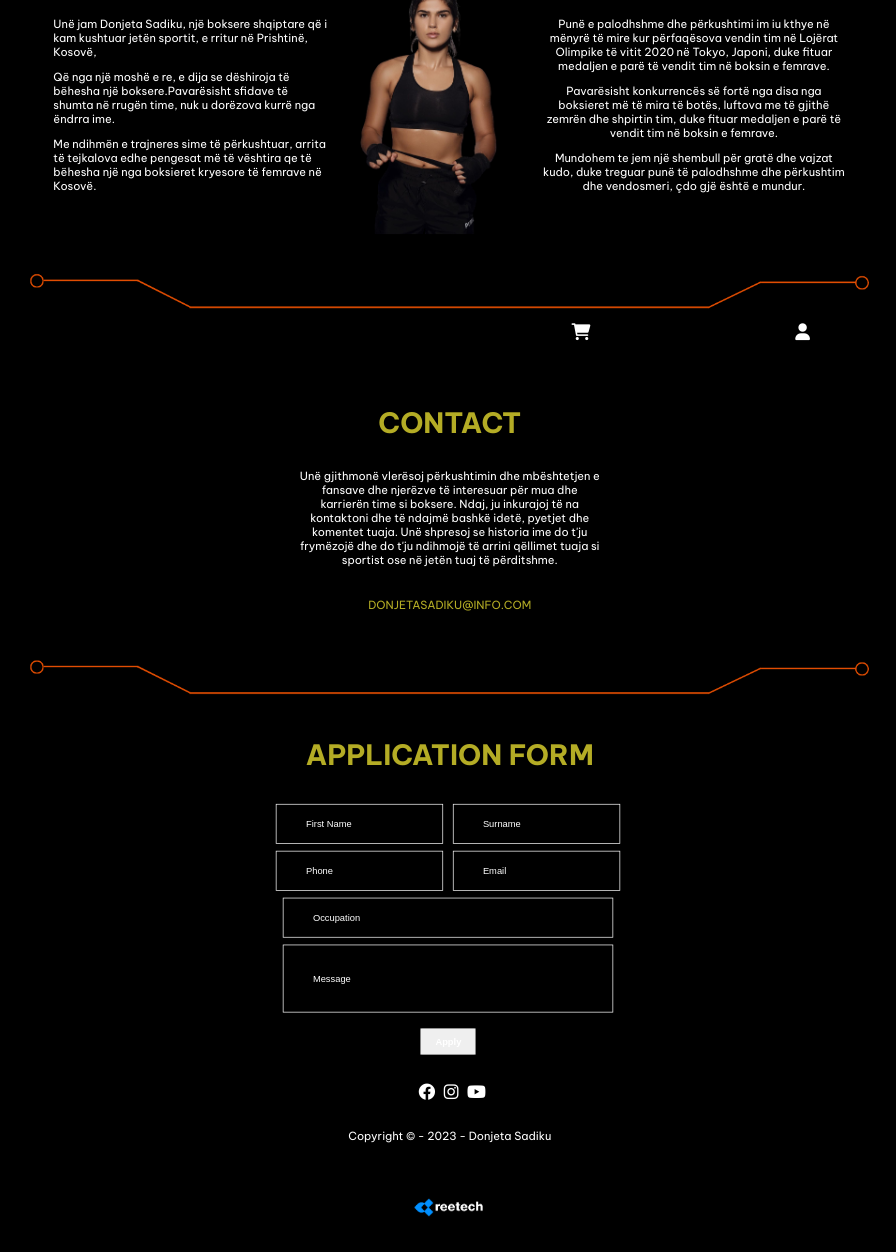
Repository: milot-morina/ds-boxing
Page: DS-Portfolio/index.html
These files come from the project's save history. The page is drawn as it stood at one moment and after the next save; the edit follows.
The browser window is 1280 px wide. The pictures show the part of the page from y = 2259 to 4179 px (the page is 4048 px tall before and 4179 px after), at 70% of full size.
A picture or video elsewhere on the page could not be fetched, so the positions and the page height are approximate.

Above is the page before, as saved 2023-03-21 09:53:03.

### DS-Portfolio/index.html
<!DOCTYPE html>
<html lang="en">
<head>
  <meta charset="UTF-8">
  <meta http-equiv="X-UA-Compatible" content="IE=edge">
  <meta name="viewport" content="width=device-width, initial-scale=1.0">
  <title>Donjeta Sadiku</title>
  <link rel="stylesheet" href="style.css">
  <link rel="stylesheet" href="https://cdnjs.cloudflare.com/ajax/libs/font-awesome/6.0.0-beta2/css/all.min.css" integrity="sha512-YWzhKL2whUzgiheMoBFwW8CKV4qpHQAEuvilg9FAn5VJUDwKZZxkJNuGM4XkWuk94WCrrwslk8yWNGmY1EduTA==" crossorigin="anonymous" referrerpolicy="no-referrer" />
  <link rel="icon" href="logofinal.png" type="image/icon type" style="width: 100%;">
  <link href="https://fonts.googleapis.com/css2?family=Be+Vietnam+Pro:wght@400;500;700&display=swap" rel="stylesheet">
</head>
<body>

  <section class="section1" id="home">
    <video muted autoplay loop style="pointer-events: none;">
      <source src="DS-Glitch.mp4" type="video/mp4">
    </video>
    <header class="hidden3">
      <div class="container">
        <nav class="navbar">
          <div class="brand-title">
            <img src="unitetiLogoFinal.png" alt="" width="130px">
          </div>
          <a href="#" class="toggle-button">
            <span class="bar"></span>
            <span class="bar"></span>
            <span class="bar"></span>
          </a>
          <div class="navbar-links">
            <ul>
              <li><a href="#home" class="home-btn">HOME</a></li>
              <li><a href="#club" class="header-club">CLUB</a></li>
              <li><a href="#contact" class="header-link a">CONTACT</a></li>
              <li><a href="#form" class="header-link a">FORM</a></li>
            </ul>
            <div class="socials">
            <i class="fa-brands fa-facebook"><a href="https://www.youtube.com/watch?v=dQw4w9WgXcQ"></a></i>
            <i class="fa-brands fa-instagram"></i>
            <i class="fa-brands fa-youtube"></i>
            <i class="fa-brands fa-app-store-ios"></i>
          </div>
          </div>

        </nav>
      </div>
    </header>
  </section>


  <img src="separator2.png" alt="" width="100%" style="margin-top: 40px;" class="first-seperator">


  <section class="section2 container row" id="club">

    <div class="images hidden2">
      <img src="handsUp.jpg" alt="">
    </div>
    <div class="text hidden">
      <p class="section-h hidden3">HISTORIA SHKRUHET!</p>
      <p class="section2-p hidden3">Nuk ka fjalë për t'u shprehur se sa krenare isha për të përfaqësuar vendin tim në skenën dhe për të marrë medalje ne kete nivel. Ishte një ndjenjë e mrekullueshme të përfaqësosh vendin tënd dhe të ndjehesh si një ambasador i saj në arenën nderkombetare.</p>
      <p class="section2-p hidden3">Në çdo moment të kësaj përvojeje, isha e mbuluar nga emocionet për rëndësinë që kjo ngjarje kishte për popullin tim dhe për boksierët shqiptarë. Nuk ishte thjesht një fitore personale, por ishte një fitore që përfaqësoi përparimin e boksi shqiptar dhe mundësinë e një të ardhme të ndritshme për sportin në vendin tonë.</p>
      <p class="section2-p hidden3">Kur mora medaljen olimpike, ndjeva një ndjenjë të thellë krenarie dhe një ndjesi të vërtetë prej triumfi. Ishte si të isha i gjithë vendlindja ime, duke festuar këtë arritje të madhe me mua. Nuk mund të mendoja për ndonjë gjë më të rëndësishme në atë moment, dhe do të mbaj gjithmonë këtë kujtim në zemrën time.</p>

    </div>

  </section>

  <img src="separator2.png" alt="" width="100%" style="margin-top: 30px;">


  <section class="section3 container">
    <p class="section-h">MEDALJET FLASIN VET!</p>
   <div class="row">
    <div class="text hidden2">
      <p>Viti me i suksesshem ne karrieren time . Solla dy medalje nje evropiane e një botërore. Dëshmova që une Donjeta Sadiku nuk dorërzohem asnjëher përkundrazi nuk kam dyshuar asnjëherë në veten time, mirpo tani po ndihem e kompletuar nën udhëheqjen e trajneres time Marjola Sallauka .</p>
      <p>Tash e tutje luftoj vetëm për medalje Olimpike. Unë besoj në vetën time dhe ju premtoj që me përkrahjen tuaj unë do ti realizoj këto synime . Faleminderit për përkrahje familjes time, Federatës së Boksit. Faleminderit trajnerës Marjola Sallauka për mjeshtërinë që tregon me punën e saj.</p>
    </div>
    <div class="images hidden">
      <img src="DplusMar.jpg" alt="" style="max-width: 640px;">
    </div>
   </div>

  </section>








  <img src="separator2.png" alt="" width="100%" style="margin-top: 30px;">




  <section class="section4 container" id="nft">
    <p class="section-h hidden3">HOLD THE VISION, TRUST THE PROCESS</p>
    <div class="row">
      <div class="text hidden2" style="text-align: left">
        <p>Unë jam Donjeta Sadiku, një boksere shqiptare që i kam kushtuar jetën sportit, e rritur në Prishtinë, Kosovë,
        </p>
        <p>Që nga një moshë e re, e dija se dëshiroja të bëhesha një boksere.Pavarësisht sfidave të shumta në rrugën time, nuk u dorëzova kurrë nga ëndrra ime.
        </p>
        <p>Me ndihmën e trajneres sime të përkushtuar, arrita të tejkalova edhe pengesat më të vështira qe të bëhesha një nga boksieret kryesore të femrave në Kosovë.</p>
      </div>
      <div class="hidden3">
        <div class="column">
          <img src="profilePic.png" alt="" style="width: 300px;">
          <!-- <img src="shadow.png" alt="" style="width: 300px;"> -->
        </div>
      </div>
      <div class="text hidden">
        <p>Punë e palodhshme dhe përkushtimi im iu kthye në mënyrë të mire kur përfaqësova vendin tim në Lojërat Olimpike të vitit 2020 në Tokyo, Japoni, duke fituar medaljen e parë të vendit tim në boksin e femrave.</p>
        <p>Pavarësisht konkurrencës së fortë nga disa nga boksieret më të mira të botës, luftova me të gjithë zemrën dhe shpirtin tim, duke fituar medaljen e parë të vendit tim në boksin e femrave.
        </p>
        <p>
          Mundohem te jem një shembull për gratë dhe vajzat kudo, duke treguar punë të palodhshme dhe përkushtim dhe vendosmeri, çdo gjë është e mundur.
        </p>
      </div>
    </div>

  </section>

  <img src="separator2.png" alt="" width="100%" style="margin-top: 30px;">
  <!-- ktu section i ri -->
  <div class="container">

    <div class="row">

	<div class="four col-md-3">
		<div class="counter-box colored">
			<i class="fa fa-thumbs-o-up"></i>
			<span class="counter">2147</span>
			<p>Happy Customers</p>
		</div>
	</div>
	<div class="four col-md-3">
		<div class="counter-box">
			<i class="fa fa-group"></i>
			<span class="counter">3275</span>
			<p>Registered Members</p>
		</div>
	</div>
	<div class="four col-md-3">
		<div class="counter-box">
			<i class="fa  fa-shopping-cart"></i>
			<span class="counter">289</span>
			<p>Available Products</p>
		</div>
	</div>
	<div class="four col-md-3">
		<div class="counter-box">
			<i class="fa  fa-user"></i>
			<span class="counter">1563</span>
			<p>Saved Trees</p>
		</div>
	</div>
  </div>
</div>


  <!-- perfunduon -->

  <section class="section5 container" id="contact">
    <div class="text">
      <p class="section-h">CONTACT</p>
      <p>Unë gjithmonë vlerësoj përkushtimin dhe mbështetjen e fansave dhe njerëzve të interesuar për mua dhe karrierën time si boksere. Ndaj, ju inkurajoj të na kontaktoni dhe të ndajmë bashkë idetë, pyetjet dhe komentet tuaja. Unë shpresoj se historia ime do t'ju frymëzojë dhe do t'ju ndihmojë të arrini qëllimet tuaja si sportist ose në jetën tuaj të përditshme.</p>
      <p style="color: #B4AC25; margin-top: 45px;">DONJETASADIKU@INFO.COM</p>
    </div>
  </section>






 <img src="separator2.png" alt="" width="100%" style="margin-top: 30px;">

  <section class="section6 container" id="form">
    <div class="text">
      <p class="section-h">APPLICATION FORM</p>
    </div>
    <form action="#">
      <div class="form-row">
        <input type="text" placeholder="First Name">
        <input type="text"placeholder="Surname">
      </div>
      <div class="form-row">
        <input type="text" placeholder="Phone">
        <input type="email" placeholder="Email">
      </div>
      <div class="long-inputs-form">
        <input type="text" placeholder="Occupation"><br>
        <input type="text" placeholder="Message" style="padding-block: 40px;">
      </div>
    </form>
    <button class="home-btn">Apply</button>
    <div class="socials" style="margin-block: 40px;">
      <a href="https://www.facebook.com/your-page"><i class="fa-brands fa-facebook"></i></a>
      <a href="https://www.instagram.com/donjetasadikuofficial/"><i class="fa-brands fa-instagram"></i></a>
      <a href="https://www.youtube.com/channel/your-channel"><i class="fa-brands fa-youtube"></i></a>
      <!-- <a href="https://apps.apple.com/your-app"><i class="fa-brands fa-app-store-ios"></i></a> -->
    </div>


    <div class="text" style="margin-bottom: 40px;">
      <p>Copyright © - 2023 - Donjeta Sadiku </p>
    </div>


    <div style="background-color: rgba(0, 0, 0, 0.2); display: flex; justify-content: center; align-items: center;">
      <a class="navbar-brand" href="https://www.reetech.ch/">
        <img src="reetech.png" width="185" height="105" class="d-inline-block align-top" alt="">
      </a>
    </div>

  </section>




  <script src="script.js"></script>
</body>
</html>

### DS-Portfolio/style.css
html {
  scroll-behavior: smooth;
  transition: 2s;
  overflow-x: hidden;
}

body {
  text-align: center;
  overflow-x: hidden;
  font-family: 'Be Vietnam Pro', sans-serif;
}

/* header----*/






header {
  background-color: transparent;
  width: 100%;
  position: absolute;
  top: 0;
  left: 0;

  z-index: 100;
}


.navbar {
  display: flex;
  flex-direction: column;
  justify-content: space-between;
  align-items: flex-start;
  color: black;
}



.navbar-links {
  width: 100%;
  display: none;
}

.navbar-links ul {
  margin: 0;
  padding: 0;
  display: flex;
  flex-direction: column;
  width: 100%;
  text-align: center;
}

.navbar-links li {
  list-style: none;
  font-size: 15px;

}

.navbar-links li a {
  text-decoration: none;
  color: white;

  display: block;
}


.toggle-button {
  position: absolute;
  top: .75rem;
  right: 1rem;
  display: flex;
  flex-direction: column;
  justify-content: space-between;
  width: 31px;
  height: 21px;
}

.bar {
  width: 100%;
  height: 3px;
  background-color: white;
  border-radius: 10px;
}

.navbar-links.active {
  display: flex;
  flex-direction: column;
  background-color: transparent;
}

i {
  color: white;
}

i:hover {
  color: #B4AC25;
  cursor: pointer;
}



video {
  width: 100%;
  position: relative;
  height: auto;
  pointer-events: none;
  display: none;
}



.socials {
  width: 47%;
  display: block;
  margin: 5px auto;
  text-align: center;
}

i {
  margin-left: 12px;
  font-size: 24px;
}


.header-club {
  color: white;
  padding-inline: 10px;
  margin-top: 5px;
  max-width: 80px;
  display: block;
  margin-inline: auto;
  font-weight: 700;
}


.header-club:hover {
  color: white;
  border-color: #B4AC25;

}

.home-btn {
  color: white;
  padding-inline: 10px;
  margin-top: 5px;
  max-width: 80px;
  display: block;
  margin-inline: auto;
  font-weight: 700;
}

.home-btn:hover {
  color: white;
  border-color: white;
  background-color: transparent;
  cursor: pointer;
}


.header-link {
  color: white;
  padding-inline: 10px;
  margin-top: 5px;
  max-width: 80px;
  display: block;
  margin-inline: auto;
  font-weight: 700;
}

.header-link:hover {
  color: #B4AC25;
}

a {
  position: relative;
}

a::after {
  content: " ";
  position: absolute;
  background-color: #B4AC25;
  height: 3px;
  width: 0;
  left: 0;
  bottom: -10px;
  transition: 0.3s;
}

a:hover::after {
  width: 100%;
}





/*---------------header-----------*/




/*---------------------- collapsible table ------------------------*/

.main-collapsible {
  background-color: transparent;
  color: black;
  width: 100%;
  margin-inline: auto;
  margin-block: 120px 40px;
}



.container-collapsible {
  width: 100%;
  margin: 0 auto;
  display: flex;
  flex-direction: column;
  align-items: center;
}


hr {
  background-color: white;
  width: 90%;
  display: block;
  margin-inline: auto;
}



.collapsible-button {
  background-color: rgb(24, 24, 24);
  color: gray;
  cursor: pointer;
  padding: 5px;
  width: 93%;
  border-bottom: 1px solid white;
  display: flex;
  align-items: center;
  justify-content: space-between;
  text-align: left;
  outline: none;
  font-size: 15px;
  border: none;
}





.button-name-collapsible {
  color: white;
  text-align: left;
  outline: none;
  font-size: 16px;

}


.button-name-collapsible:hover {
  color: #B4AC25;
}



.collapsible-button:after {
  content: '\002B';
  color: white;
  font-weight: bold;
  float: right;
  margin-left: 5px;
  font-size: 24px;
}

.collapsible-button:hover::after{
  color: #B4AC25;
}

.active:after {
  content: "\2212";
}

.content {
  width: 93%;
  max-height: 0;
  overflow: hidden;
  transition: max-height 0.2s ease-out;
  background-color:  rgb(24, 24, 24);
  color: white;
  margin-bottom: 10px;
}

/*---------------------- collapsible table ------------------------*/



/*----------animations------------*/

.hidden {
  opacity: 0;
  filter: blur(2px);
  transform: translateX(60%);
  transition: all 700ms;
}


.hidden2 {
  opacity: 0;
  filter: blur(2px);
  transform: translateX(-60%);
  transition: all 700ms;
}

.hidden3 {
  opacity: 0;
  filter: blur(2px);
  transform: translateY(-5%);
  transition: all .7s;
}



.show {
  opacity: 1;
  filter: blur(0);
  transform: translateX(0);
}


@media(prefers-reduced-motion) {
  .hidden {
    transition: none;
  }
}

/*--------------animations------------------*/


/*---------main---------------*/

body {
  background-color: black;

}


.container {
  width: 90%;
  margin: 0 auto;
}



.first-seperator {
  display: none;
}

@media(min-width: 687px) and (max-width: 900px) {
  .column {
    display: flex;
    flex-direction: column;
    width: 100%;
    margin-left: 28%;
  }
}


.row2 {
  display: flex;
  align-items: center;
  justify-content: space-between;
}

.section2 {
  margin-top: 70px;
}

.section2 img {
  width: 80%;
  max-width: 500px;
  display: block;
  margin-inline: auto;
}

.text {
  color: white;
  max-width: 440px;
  display: block;
  margin-inline: auto;
}

.text p {
  font-weight: 400;
  margin-left: 5px;
}

.text .section-h,
.section-h {
  font-size: clamp(2.15rem, 2.5rem, 3.2rem);
  color: #B4AC25;
  font-weight: 700;
}

.images img {
  max-width: 550px;
  width: 100%;
}

.section3 .images img {
  width: 100%;
}


input {
  background-color: transparent;
  color: white;
  border: 1px solid white;
  padding: 20px 30px;
  margin: 5px;
  max-width: 410px;
}

input::placeholder {
  color: white;
  padding: 12px;
}

.long-inputs-form > input{
  width: 170px;
}

.section6 button{
  margin-top: 17px;
  padding: 10px 20px;
}

.section6 .socials{
  justify-content: center;
}



@media (min-width: 555px) {
  video {
    display: block;
  }

  .long-inputs-form > input{
    width: 470px;
  }

}


@media(min-width: 865px) {


  .toggle-button {
    display: none;
  }

  .navbar {
    flex-direction: row;
    align-items: center;
    justify-content: space-between;
  }

  .navbar-links  {
    display: flex;
    width: 100%;
    align-items: center;
  }

  .navbar-links ul {
    flex-direction: row;
    justify-content: center;
  }

  .navbar-links.active {
    flex-direction: row;
  }

  .socials {
    width: 6%;
    display: flex;
    justify-content: right;
  }

  .header-club {
    margin-left: 14px;
  }

}





@media (min-width: 900px) {
  .row {
    display: flex;
    justify-content: space-between;
    align-items: center;
  }

  .div {
    display: flex;
    justify-content: space-between;
    align-items: center;
    width: 100%;
    margin: 0 auto;
  }


  .long-inputs-form > input{
    width: 470px;
  }

}







/*---------------main-------------*/

### DS-Portfolio/script.js
const toggleButton = document.getElementsByClassName('toggle-button')[0]
const navbarLinks = document.getElementsByClassName('navbar-links')[0]

toggleButton.addEventListener('click', () => {
  navbarLinks.classList.toggle('active')
})





const observer = new IntersectionObserver((entries) => {
  entries.forEach((entry) => {
    console.log(entry)
    if (entry.isIntersecting) {
      entry.target.classList.add('show')
    } else {
      entry.target.classList.remove('show')
    }
  })
})

const hiddenElements = document.querySelectorAll('.hidden')
const hiddenElements2 = document.querySelectorAll('.hidden2')
const hiddenElements3 = document.querySelectorAll('.hidden3')
hiddenElements.forEach((el) => observer.observe(el))
hiddenElements2.forEach((el) => observer.observe(el))
hiddenElements3.forEach((el) => observer.observe(el))






//collapbsibleTable
let coll = document.getElementsByClassName("collapsible-button");
let i;

for (i = 0; i < coll.length; i++) {
  coll[i].addEventListener("click", function() {
    this.classList.toggle("active");
    let content = this.nextElementSibling;
    if (content.style.maxHeight){
      content.style.maxHeight = null;
    } else {
      content.style.maxHeight = content.scrollHeight + "px";
    }
  });
}

After the next save:
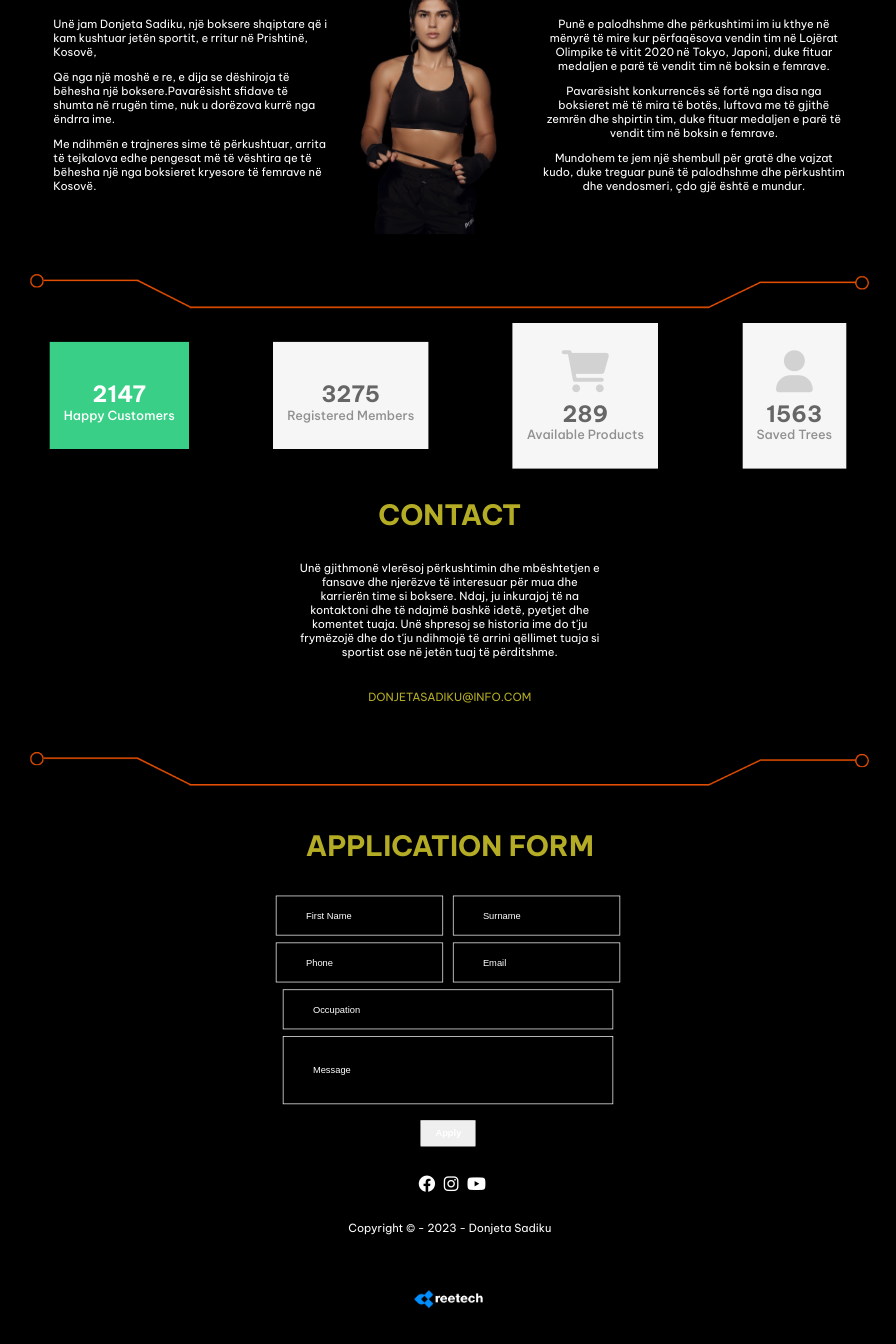
Saved 25 s later.
--- a/DS-Portfolio/style.css
+++ b/DS-Portfolio/style.css
@@ -11,8 +11,52 @@
 }
 
 /* header----*/
-
-
+/* fillimi */
+
+
+.container{
+  margin-top:100px;
+}
+
+.counter-box {
+display: block;
+background: #f6f6f6;
+padding: 40px 20px 37px;
+text-align: center
+}
+
+.counter-box p {
+margin: 5px 0 0;
+padding: 0;
+color: #909090;
+font-size: 18px;
+font-weight: 500
+}
+
+.counter-box i {
+font-size: 60px;
+margin: 0 0 15px;
+color: #d2d2d2
+}
+
+.counter {
+display: block;
+font-size: 32px;
+font-weight: 700;
+color: #666;
+line-height: 28px
+}
+
+.counter-box.colored {
+    background: #3acf87;
+}
+
+.counter-box.colored p,
+.counter-box.colored i,
+.counter-box.colored .counter {
+color: #fff
+}
+/*  mbarimi*/
 
 
 
